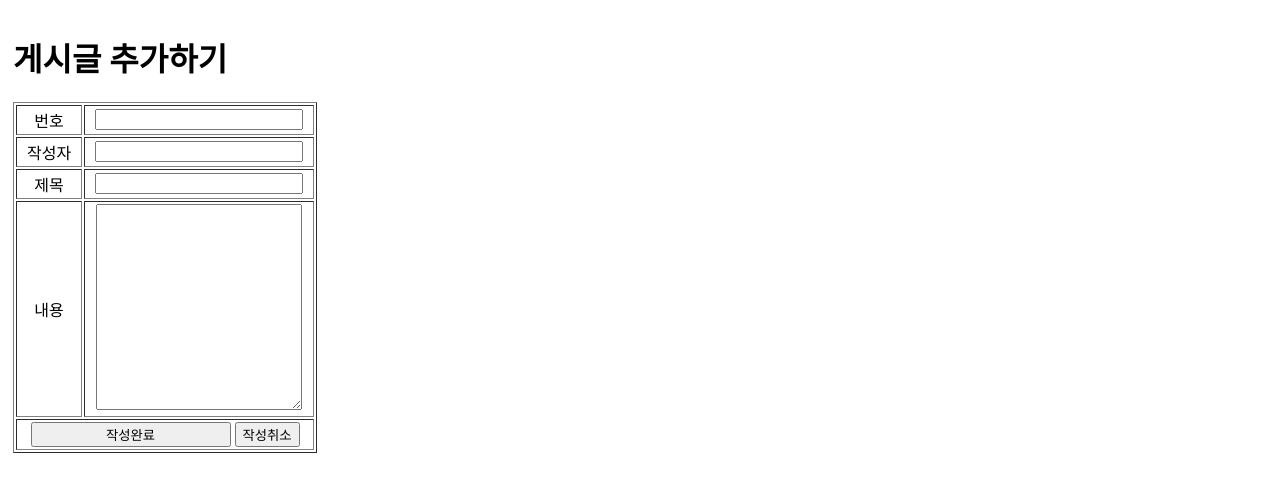
Repository: jjuhye/JSPWorkspace
Page: http://localhost/basic/00_board/_04_addBoard.jsp
The author's editor kept a copy of each file at every save. The page is drawn from the files as they stood at one save, then again after the next save.
The browser window is 1280 px wide. The pictures show the whole page.
The page is served by Tomcat 9.

Above is the page before, as saved 2023-02-24 07:39:10.

After the next save:
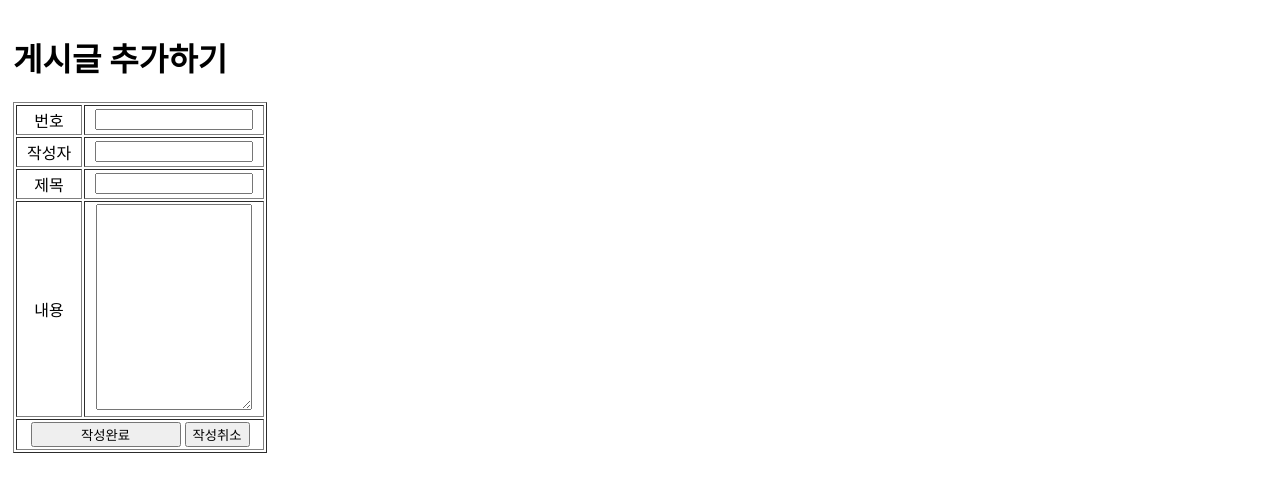
Saved 24 s later.
--- a/basic/src/main/webapp/00_board/board.css
+++ b/basic/src/main/webapp/00_board/board.css
@@ -12,10 +12,10 @@
 }
 
 input{
-	width: 200px;
+	width: 150px;
 }
 
 textarea{
-	width: 200px;
+	width: 150px;
 	height: 200px;
 }

After the save that followed:
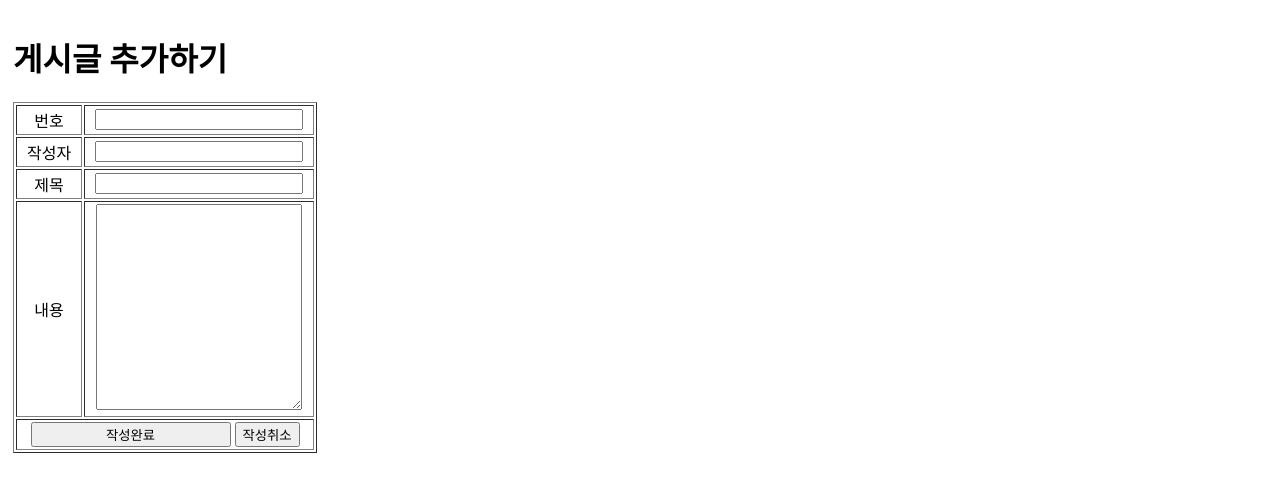
Saved 13 s later.
--- a/basic/src/main/webapp/00_board/board.css
+++ b/basic/src/main/webapp/00_board/board.css
@@ -12,10 +12,10 @@
 }
 
 input{
-	width: 150px;
+	width: 200px;
 }
 
 textarea{
-	width: 150px;
+	width: 200px;
 	height: 200px;
 }
